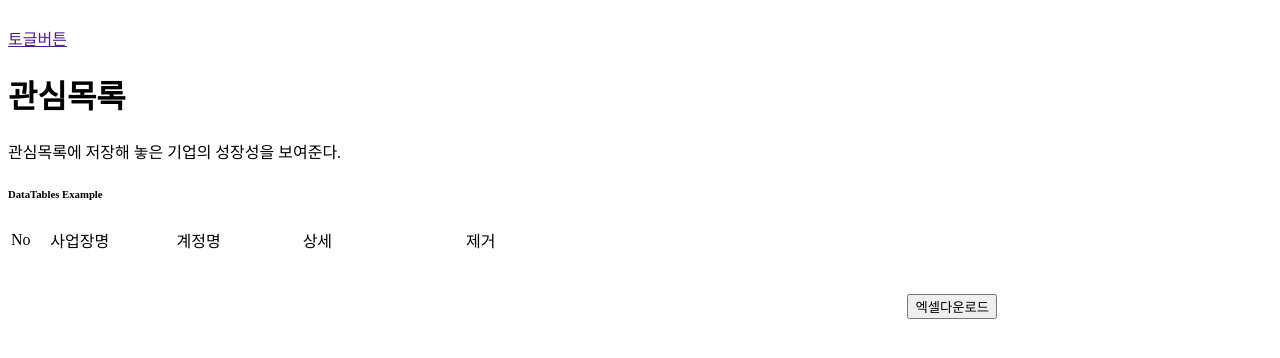
Repository: bangProgram/PJT_Finance
Page: http://localhost/Finance/WEB-INF/views/interest/interestList.jsp
These files come from the project's save history. The page is drawn as it stood at one moment and after the next save; the edit follows.
The browser window is 1280 px wide. The pictures show the whole page.
The page is served by Tomcat 9. Nobody is signed in. Other server files are loaded and not shown. The template is opened directly, without the code that normally fills it, so the values that code supplies are empty.

Above is the page before, as saved 2022-11-02 08:40:57.
Console error: SyntaxError: Unexpected token ','

### Finance/src/main/webapp/WEB-INF/views/interest/interestList.jsp
<%@ page pageEncoding="UTF-8" contentType="text/html;charset=utf-8"%>
<%@ taglib prefix="fmt" uri="http://java.sun.com/jsp/jstl/fmt"%>
<%@ taglib uri="http://java.sun.com/jsp/jstl/core" prefix="c"%>
<script src="https://code.jquery.com/jquery-3.4.1.min.js"></script>﻿
<script type="text/javascript">
	var toggleChk = true;
	$(document).ready(function(){
		$("#yearReprtList").dataTable({
			lengthMenu: [ 10, 15, 20, 25, 30 ],
		 	data: ${yearReprtJson},
		 	destroy: true,
		 	ordering: true,
		 	columns: [
		  		{ data: 'RNUM' },
		  		{ data: 'CORP_NAME' },
		  		{ data: 'ACCOUNT_ID' },
		  		{ data: 'RATE_0' },
		  		{ data: 'RATE_1' },
		  		{ data: 'RATE_2' },
		  		{ data: 'RATE_3' },
		  		{ data: 'RATE_4' },
		  		{ "data": '',
		  			"defaultContent" : '',
		  			"render": function(data, type, row, meta){
		  	            if(type === 'display'){
		  	                data = '<a href="/report/detail/list" target="_blank" class="btn btn-info btn-circle btn-sm"><i class="fas fa-info-circle"></i></a>';
		  	            }
		  	            return data;
		  	         }
		  		},
		  		{ "data": '',
		  			"defaultContent" : '',
		  			"render": function(data, type, row, meta){
		  	            if(type === 'display'){
		  	                data = '<a href="#" onclick="delInterest(\''+row.CORP_CODE+'\',\''+row.CORP_NAME+'\',\''+row.STOCK_CODE+'\'); return false;" target="_blank" class="btn btn-danger btn-circle btn-sm"><i class="fas fa-trash"></i></a>';
		  	            }
		  	            return data;
		  	         }
		  		}
		  	]
		});
	});

	function toggleTabel(){
		if(toggleChk == true){
			toggleChk = false;
			$('.quaterHaeder').css('display','');
			$('.yearHaeder').css('display','none');
			$("#yearReprtList").dataTable({
				buttons: [{
	                text: '년도/분기',
	                action: function ( e, dt, node, config ) {
	                	toggleTabel();
	                }
		        }],
				lengthMenu: [ 10, 15, 20, 25, 30 ],
			 	data: ${quaterReprtJson},
			 	destroy: true,
			 	ordering: true,
			 	columns: [
			  		{ data: 'RNUM' },
			  		{ data: 'CORP_NAME' },
			  		{ data: 'ACCOUNT_ID' },
			  		{ data: 'RATE_0' },
			  		{ data: 'RATE_1' },
			  		{ data: 'RATE_2' },
			  		{ data: 'RATE_3' },
			  		{ data: 'RATE_4' },
			  		{ "data": '',
			  			"defaultContent" : '',
			  			"render": function(data, type, row, meta){
			  	            if(type === 'display'){
			  	                data = '<a href="/report/detail/list" target="_blank" class="btn btn-info btn-circle btn-sm"><i class="fas fa-info-circle"></i></a>';
			  	            }
			  	            return data;
			  	         }
			  		},
			  		{ "data": '',
			  			"defaultContent" : '',
			  			"render": function(data, type, row, meta){
			  	            if(type === 'display'){
			  	            	data = '<a href="#" onclick="delInterest(\''+row.CORP_CODE+'\',\''+row.CORP_NAME+'\',\''+row.STOCK_CODE+'\'); return false;" target="_blank" class="btn btn-danger btn-circle btn-sm"><i class="fas fa-trash"></i></a>';
			  	            }
			  	            return data;
			  	         }
			  		}
			  	]
			});
		}else{
			toggleChk = true;
			$('.quaterHaeder').css('display','none');
			$('.yearHaeder').css('display','');
			$("#yearReprtList").dataTable({
				buttons: [{
	                text: '년도/분기',
	                action: function ( e, dt, node, config ) {
	                	toggleTabel();
	                }
		        }],
				lengthMenu: [ 10, 15, 20, 25, 30 ],
			 	data: ${yearReprtJson},
			 	destroy: true,
			 	ordering: true,
			 	columns: [
			  		{ data: 'RNUM' },
			  		{ data: 'CORP_NAME' },
			  		{ data: 'ACCOUNT_ID' },
			  		{ data: 'RATE_0' },
			  		{ data: 'RATE_1' },
			  		{ data: 'RATE_2' },
			  		{ data: 'RATE_3' },
			  		{ data: 'RATE_4' },
			  		{ "data": '',
			  			"defaultContent" : '',
			  			"render": function(data, type, row, meta){
			  	            if(type === 'display'){
			  	                data = '<a href="/report/detail/list" target="_blank" class="btn btn-info btn-circle btn-sm"><i class="fas fa-info-circle"></i></a>';
			  	            }
			  	            return data;
			  	         }
			  		},
			  		{ "data": '',
			  			"defaultContent" : '',
			  			"render": function(data, type, row, meta){
			  	            if(type === 'display'){
			  	            	data = '<a href="#" onclick="delInterest(\''+row.CORP_CODE+'\',\''+row.CORP_NAME+'\',\''+row.STOCK_CODE+'\'); return false;" target="_blank" class="btn btn-danger btn-circle btn-sm"><i class="fas fa-trash"></i></a>';
			  	            }
			  	            return data;
			  	         }
			  		}
			  	]
			});

		}
	}

function delInterest(corpCd, corpNm, stockCd){

}
</script>

<html>
<head>
<title>사업장 목록</title>
</head>
<body>
<div class="container-fluid">
	<form name="searchForm" method="post">
	<input type="hidden" name="pYearList" id="pYearList" value="${yearString}" title="조회 년도 목록">
	<input type="hidden" name="pQuaterList" id="pQuaterList" value="${quaterString}" title="조회 년도 목록">
	<input type="hidden" name="pStartYear" id="pStartYear" class="pSearchYear" value="${pStartYear}" title="조회 시작년도">
	<input type="hidden" name="pEndYear" id="pEndYear" class="pSearchYear" value="${pEndYear}" title="조회 시작년도">

	<a href="" onclick="toggleTabel(); return false;">토글버튼</a>
    </form>
</div>

<div class="container-fluid">

	<!-- Page Heading -->
	<h1 class="h3 mb-2 text-gray-800">관심목록</h1>
	<p class="mb-4">관심목록에 저장해 놓은 기업의 성장성을 보여준다.
		<span id=""></span>
	</p>

	<!-- DataTales Example -->
    <div class="card shadow mb-4">
        <div class="card-header py-3">
            <h6 class="m-0 font-weight-bold text-primary">DataTables Example</h6>
        </div>
        <div class="card-body">
            <div class="table-responsive" style="position: relative;">
            	<div style="position: absolute; right: 275px; top: 69px; z-index: 1;">
					<button class="dt-button buttons-excel buttons-html5 btn btn-outline-primary excelBtn" tabindex="0" aria-controls="yearReprtList" onclick="toggleTabel(); return false;">
						<span>엑셀다운로드</span>
					</button>
                </div>
                <table id="yearReprtList" class="table table-bordered" id="dataTable" width="100%" >
                	<colgroup>
                		<col width="3%"/>
                		<col width="10%"/>
                		<col width="10%"/>
                		<col width="13%"/>
                		<col width="13%"/>
                		<col width="13%"/>
                		<col width="13%"/>
                		<col width="13%"/>
                		<col width="6%"/>
                		<col width="6%"/>
                	</colgroup>
                    <thead>
			            <tr>
			            	<td>No</td>
							<td>사업장명</td>
							<td>계정명</td>
							<c:forEach items="${yearList}" var="list">
								<td class="yearHaeder">${list.HAEDER_NM}<span style="float: right;">(년도)</span></td>
							</c:forEach>
							<c:forEach items="${quaterList}" var="list">
								<td class="quaterHaeder" style="display: none;">${list.HAEDER_NM}<span style="float: right;">(분기)</span></td>
							</c:forEach>
							<td>상세</td>
							<td>제거</td>
						</tr>
			        </thead>
			        <tbody id="bodyList">
			        </tbody>
                </table>
            </div>
        </div>
    </div>
</div>
</body>
</html>

After the next save:
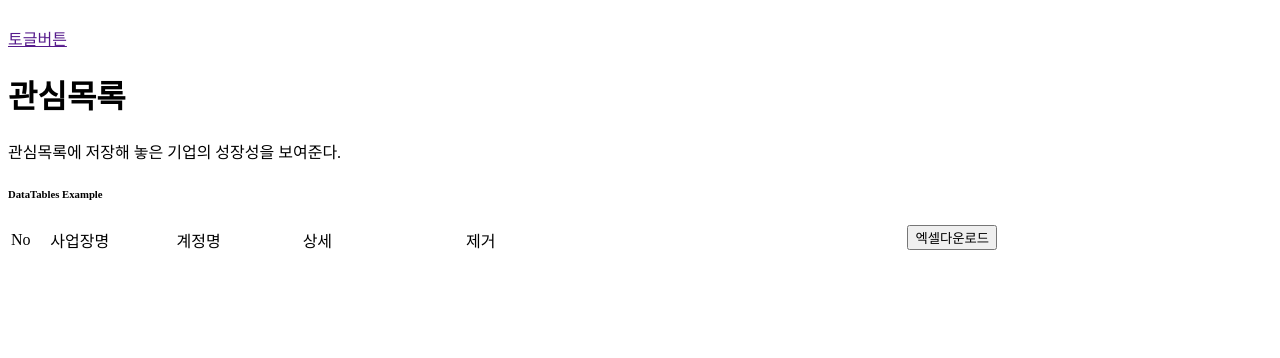
Saved 14 s later.
--- a/Finance/src/main/webapp/WEB-INF/views/interest/interestList.jsp
+++ b/Finance/src/main/webapp/WEB-INF/views/interest/interestList.jsp
@@ -170,7 +170,7 @@ function delInterest(corpCd, corpNm, stockCd){
         </div>
         <div class="card-body">
             <div class="table-responsive" style="position: relative;">
-            	<div style="position: absolute; right: 275px; top: 69px; z-index: 1;">
+            	<div style="position: absolute; right: 275px; z-index: 1;">
 					<button class="dt-button buttons-excel buttons-html5 btn btn-outline-primary excelBtn" tabindex="0" aria-controls="yearReprtList" onclick="toggleTabel(); return false;">
 						<span>엑셀다운로드</span>
 					</button>
